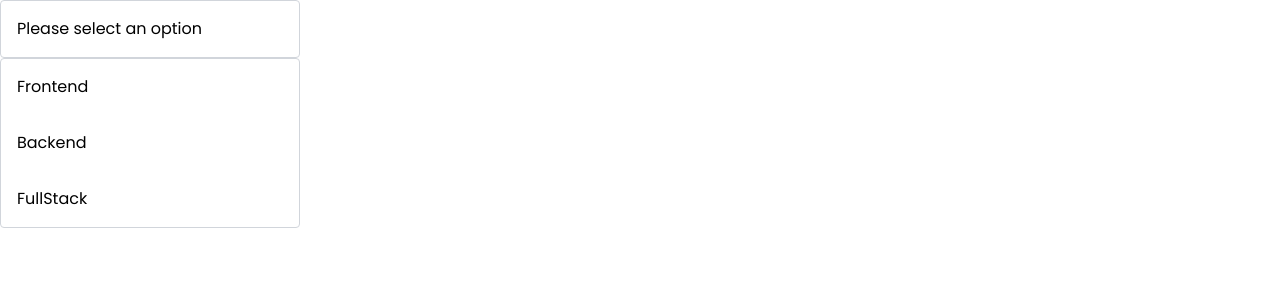
Repository: ThanhPhongsof/React-Course
Page: /, after clicking the first element matching `div.flex`
These files come from the project's save history. The page is drawn as it stood at one moment and after the next save; the edit follows.
The browser window is 1280 px wide. The pictures show the whole page.
The project was rebuilt for these pictures with package versions that can differ from the ones it lists, and the page was loaded fresh each time.

Above is the page before, as saved 2022-04-26 09:10:50.

### src/index.js
import React from "react";
import ReactDOM from "react-dom";
import App from "./App";
import reportWebVitals from "./reportWebVitals";
import "./index.scss";
import { BrowserRouter } from "react-router-dom";

// ReactDOM.render(
//   // <React.StrictMode>
//     <BrowserRouter>
//       <App />
//     </BrowserRouter>
//   // </React.StrictMode>,
//   document.getElementById("root")
// );

ReactDOM.render(
  <BrowserRouter>
    <App />
  </BrowserRouter>,
  document.getElementById("root")
);

// If you want to start measuring performance in your app, pass a function
// to log results (for example: reportWebVitals(console.log))
// or send to an analytics endpoint. Learn more: https://bit.ly/CRA-vitals
reportWebVitals();

### src/App.js
import React from "react";
import Dropdown from "./components/advanced-react/inversion-of-control/Dropdown";

const options = [
  {
    title: "Frontend Developer",
    onClick: () => {},
  },
];

const App = () => {
  return (
    <div>
      <Dropdown options={options}></Dropdown>
    </div>
  );
};

export default App;

### src/index.scss
@tailwind base;
@tailwind components;
@tailwind utilities;

@layer base {
  @import url("https://fonts.googleapis.com/css2?family=Poppins:wght@300;400;500;700&display=swap");
  body {
    font-family: "Poppins", sans-serif;
  }
}
.skeleton {
  background-color: #eee;
  background-image: linear-gradient(
    110deg,
    #ececec 8%,
    #f5f5f5 18%,
    #ececec 33%
  );
  background-size: 200% 100%;
  animation: 1.5s shine linear infinite;
}
@keyframes shine {
  to {
    background-position-x: -200%;
  }
}
.zoom-enter .content {
  opacity: 0;
  transform: scale(0.5);
}
.zoom-enter-active .content {
  opacity: 1;
  transform: scale(1);
}
.zoom-exit .content {
  opacity: 1;
}
.zoom-exit-active .content {
  opacity: 0;
  transform: scale(0.5);
}

// Fade

.fade-enter .tooltip {
  opacity: 0;
}
.fade-enter-active .tooltip {
  opacity: 1;
}
.fade-exit .tooltip {
  opacity: 1;
}
.fade-exit-active .tooltip {
  opacity: 0;
}

### src/components/advanced-react/inversion-of-control/Dropdown.js
import React, { useState } from "react";

const Dropdown = ({ options }) => {
  const [show, setShow] = useState(false);
  const handleToggleDropdown = () => {
    setShow((show) => !show);
  };

  return (
    <div className="relative inline-block w-full max-w-[300px]">
      <div
        className="flex items-center justify-between p-4 border border-gray-300 rounded cursor-pointer placehoder"
        onClick={handleToggleDropdown}
      >
        Please select an option
      </div>
      {show && (
        <div className="border border-gray-300 rounded options">
          <div className="p-4 cursor-pointer option-item">Frontend</div>
          <div className="p-4 cursor-pointer option-item">Backend</div>
          <div className="p-4 cursor-pointer option-item">FullStack</div>
        </div>
      )}
    </div>
  );
};

export default Dropdown;

### tailwind.config.js
module.exports = {
  content: ["./src/**/*.{js,jsx,ts,tsx}"],
  theme: {
    extend: {
      backgroundImage: {
        "primary-gradient": `linear-gradient(
          86.88deg,
          #7d6aff 1.38%,
          #ffb86c 64.35%,
          #fc2872 119.91%
        )`,
        "secondary-gradient": `linear-gradient(86.88deg, #20e3b2, #2cccff)`,
      },
    },
  },
  plugins: [],
};

Loaded but not shown: public/index.html (common file); src/reportWebVitals.js (common file)

After the next save:
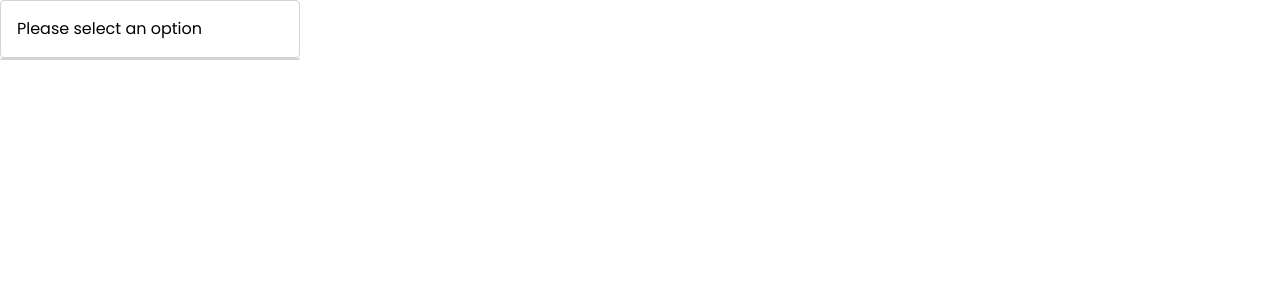
Saved 73 s later.
--- a/src/components/advanced-react/inversion-of-control/Dropdown.js
+++ b/src/components/advanced-react/inversion-of-control/Dropdown.js
@@ -16,9 +16,10 @@ const Dropdown = ({ options }) => {
       </div>
       {show && (
         <div className="border border-gray-300 rounded options">
-          <div className="p-4 cursor-pointer option-item">Frontend</div>
-          <div className="p-4 cursor-pointer option-item">Backend</div>
-          <div className="p-4 cursor-pointer option-item">FullStack</div>
+          {options &&
+            options?.map((item) => {
+              <div className="p-4 cursor-pointer option-item">Frontend</div>;
+            })}
         </div>
       )}
     </div>
